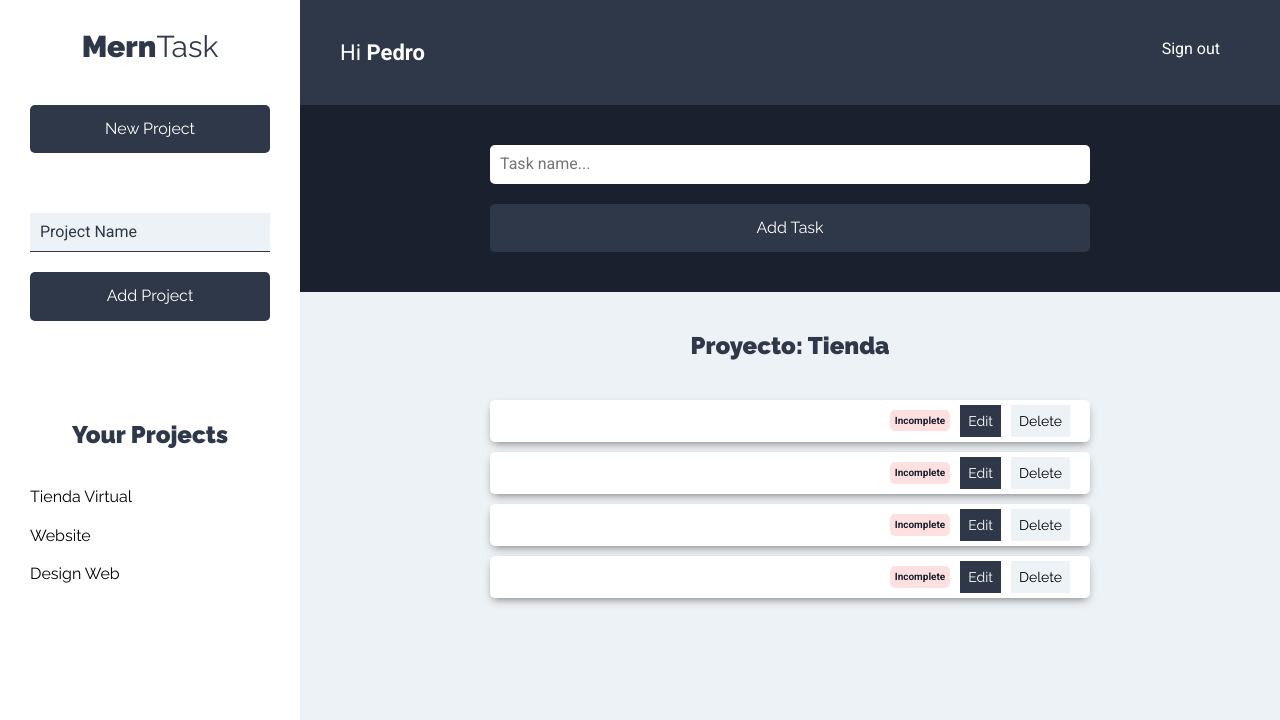
Repository: ppfeliuu/MERN-Task-Client
Page: /projects, after clicking the first element matching `button.btn-blank`
These files come from the project's save history. The page is drawn as it stood at one moment and after the next save; the edit follows.
The browser window is 1280 px wide. The pictures show the whole page.
The project was rebuilt for these pictures with package versions that can differ from the ones it lists, and the page was loaded fresh each time. Also part of the build but not shown: src/components/auth/Login.js, src/components/auth/NewAccount.js.

Above is the page before, as saved 2020-02-16 12:42:37.

### src/App.js
import React from 'react';
import { BrowserRouter as Router, Switch, Route } from 'react-router-dom';
import Login from './components/auth/Login';
import NewAccount from './components/auth/NewAccount';
import Projects from './components/projects/Projects';

function App() {
  return (
    <Router>
      <Switch>
        <Route exact path="/" component={Login} />
        <Route exact path="/new-account" component={NewAccount} />
        <Route exact path="/projects" component={Projects} />
      </Switch>
    </Router>
  );
}

export default App;

### src/components/projects/Projects.js
import React from "react";
import Sidebar from "../layout/Sidebar";
import Bar from "../layout/Bar";
import FormTask from "../task/FormTask";
import ListTasks from "../task/ListTasks";

const Projects = () => {
  return (
    <div className="contenedor-app">
      <Sidebar />

      <div className="seccion-principal">
        <Bar />
        <main>
          <FormTask />
          <div className="contenedor-tareas">
            <ListTasks />
          </div>
        </main>
      </div>
    </div>
  );
};

export default Projects;

### src/components/layout/Sidebar.js
import React from 'react';
import NewProject from '../projects/NewProject';
import ListProjects from '../projects/ListProjects';

const Sidebar = () => {
    return (
        <aside>
            <h1>Mern<span>Task</span></h1>
            <NewProject />

            <div className="proyectos">
                <h2>Your Projects</h2>

                <ListProjects />
            </div>
        </aside>
    )
}

export default Sidebar

### src/components/layout/Bar.js
import React from 'react'

const Bar = () => {
    return (
        <div>
          <header className="app-header">
              <p className="nombre-usuario">Hi <span>Pedro</span></p>

              <nav className="nav-principal">
                  <a href="#!">Sign out</a>
              </nav>
              </header>
        </div>
    )
}

export default Bar

### src/components/task/FormTask.js
import React from 'react'

const FormTask = () => {
    return (
        <div className="formulario">
            <form>
                <div className="contenedor-input">
                    <input type="text"
                    className="input-text"
                    placeholder="Task name..."
                    name="nameTask"
                    />
                </div>

                <div className="contenedor-input">
                    <input type="submit"
                    className="btn btn-primario btn-submit btn-block"
                    value="Add Task"
                    />
                </div>
            </form>
        </div>
    )
}

export default FormTask

### src/components/task/ListTasks.js
import React from "react";
import Task from "./Task";

const ListTasks = () => {
  const task = [
    {
      name: "Elegir Plataforma",
      estado: true
    },
    {
      name: "Elegir Colores",
      estado: false
    },
    {
      name: "Elegir forma de pago",
      estado: false
    },
    {
      name: "Elegir Hosting",
      estado: true
    }
  ];

  return (
    <>
      <h2>Proyecto: Tienda</h2>

      <ul className="listado-tareas">
        {task.length === 0 ? (
          <li className="tarea">
            <p>No Tasks</p>
          </li>
        ) : (
          task.map(t => <Task task={task} />)
        )}
      </ul>
    </>
  );
};

export default ListTasks;

### src/components/projects/NewProject.js
import React, { Fragment, useState } from 'react'

const NewProject = () => {

    // State for project
    const [project, setProject] = useState({
        name: ''
    });

    const { name } = project;

    const onChangeProject = e => {
        setProject({
            ...project,
            [e.target.name] : e.target.value
        })
    }

    const onSubmitProject = e => {
        e.preventDefault();

        //valid project

        // add state

        //reset form
    }

    return (
        <Fragment>
            <button type="button" className="btn btn-block btn-primario">New Project</button>

            <form className="formulario-nuevo-proyecto">
                <input type="text" className="input-text" placeholder="Project Name" name="name" value={name} onChange={onChangeProject} />
                <input type="submit" className="btn btn-block btn-primario" value="Add Project" onSubmit={onSubmitProject}/>
            </form>
        </Fragment>
    )
}

export default NewProject

### src/components/projects/ListProjects.js
import React from 'react'
import Project from './Project'

const ListProjects = () => {

    const projects = [
        {name: 'Tienda Virtual'},
        {name: 'Website'},
        {name: 'Design Web'},
    ]
    return (
        <ul className="listado-proyectos">
            {projects.map(project => (
                <Project project={project} />
            ))}
        </ul>
    )
}

export default ListProjects

### src/components/task/Task.js
import React from "react";

const Task = ({ task }) => {
  return (
    <li className="tarea sombra">
      <p>{task.name}</p>

      <div className="estado">
        {task.estado ? (
          <button type="button" className="completo">
            Complete
          </button>
        ) : (
            <button type="button" className="incompleto">
            Incomplete
          </button>
        )}
      </div>

      <div className="acciones">
          <button type="button" className="btn btn-primario">Edit</button>
          <button type="button" className="btn btn-secundario">Delete</button>
      </div>
    </li>
  );
};

export default Task;

### src/components/projects/Project.js
import React from 'react'

const Project = ({project}) => {
    return (
        <li>
            <button type="button" className="btn btn-blank">
                {project.name}
            </button>
        </li>
    )
}

export default Project

Loaded but not shown: public/index.html (common file); src/index.js (common file); src/index.css (common file); src/serviceWorker.js (common file)

After the next save:
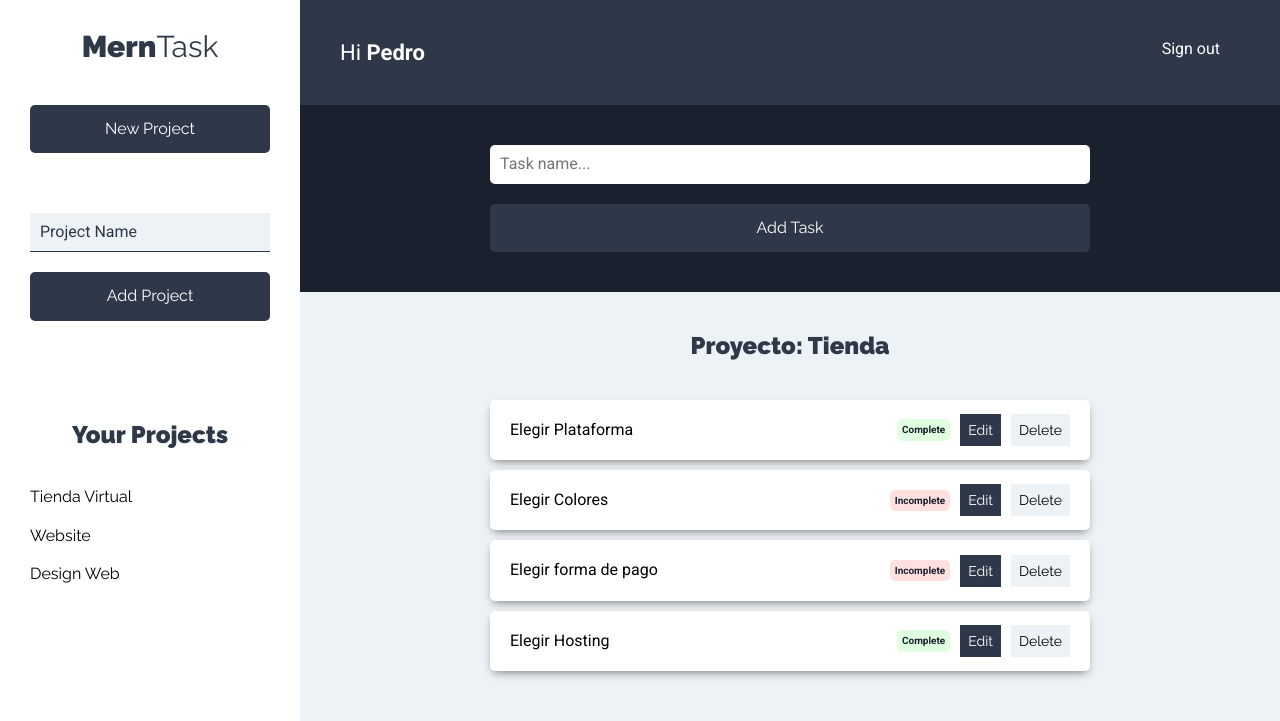
Saved 75 s later.
--- a/src/components/task/ListTasks.js
+++ b/src/components/task/ListTasks.js
@@ -31,7 +31,7 @@ const ListTasks = () => {
             <p>No Tasks</p>
           </li>
         ) : (
-          task.map(t => <Task task={task} />)
+          task.map(t => <Task task={t} />)
         )}
       </ul>
     </>
